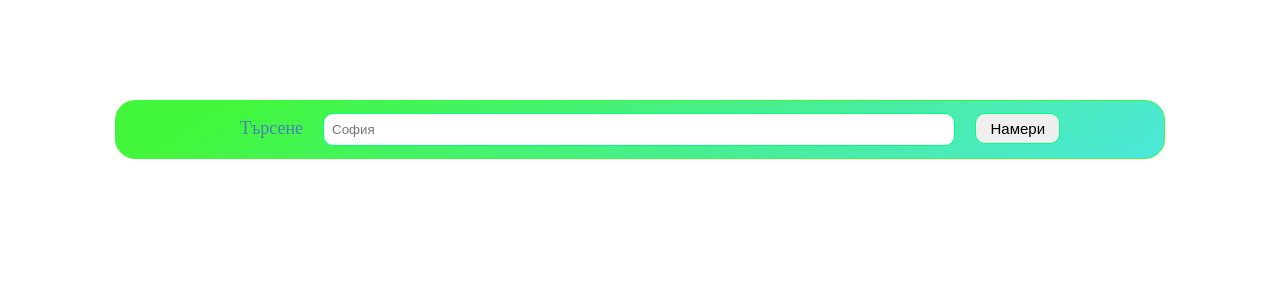
Repository: GeryZlatev/address-search
Page: /
An editor plug-in stored every save of this project. The page is shown before and after the next save, followed by the edit.
The browser window is 1280 px wide. The pictures show the whole page.
The project was rebuilt for these pictures with package versions that can differ from the ones it lists, and the page was loaded fresh each time.

Above is the page before, as saved 2021-04-09 20:20:16.

After the next save:
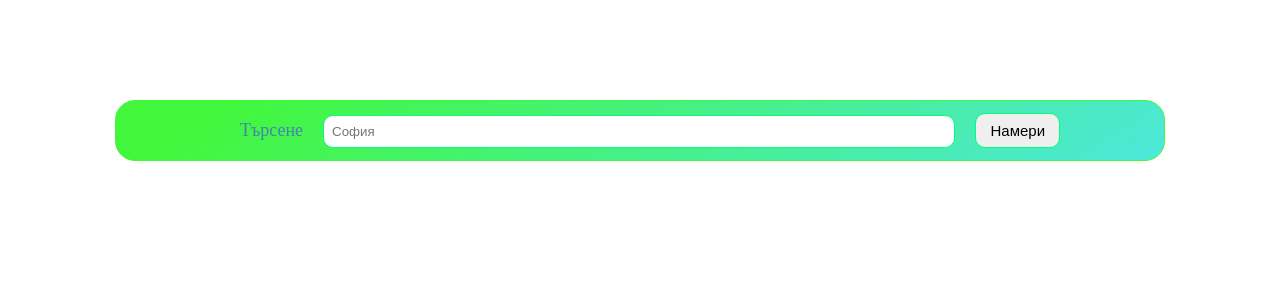
Saved 33 s later.
--- a/src/components/SearchBar/SearchBar.module.css
+++ b/src/components/SearchBar/SearchBar.module.css
@@ -39,7 +39,7 @@
 .search-form input[type="submit"] {
     font-size: 15px;
     font-weight: 100;
-    padding: 6px 14px;
+    padding: 8px 14px;
     border: 1px solid springgreen;
     border-radius: 10px;
 }
